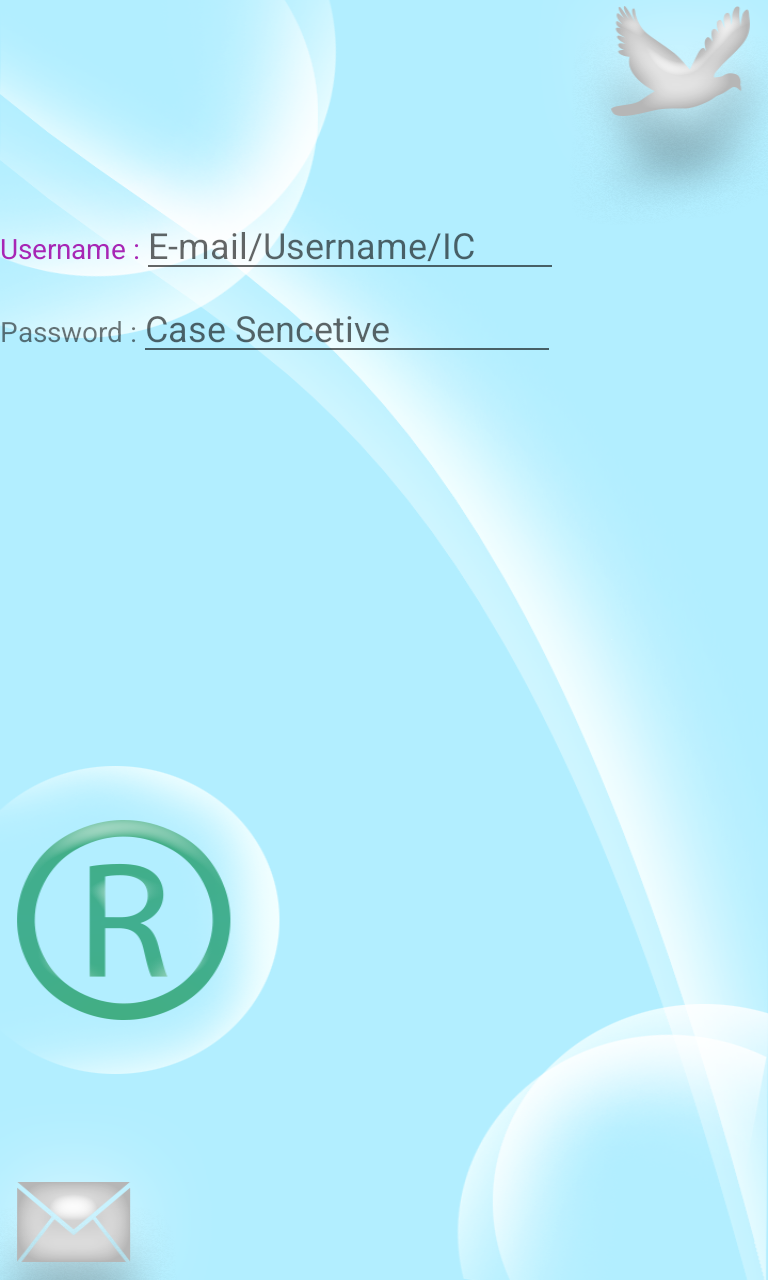
Repository: JodyCoolit/android
Layout: Delivery/res/layout/activity_signup.xml
These files come from the project's save history. The layout is drawn as it stood at one moment and after the next save; the edit follows.
It is drawn on a 768 x 1280 px phone screen (xhdpi) without system bars, with theme AppTheme; the app's code is not run.

Above is the layout before, as saved 2014-08-22 02:00:01.

After the next save:
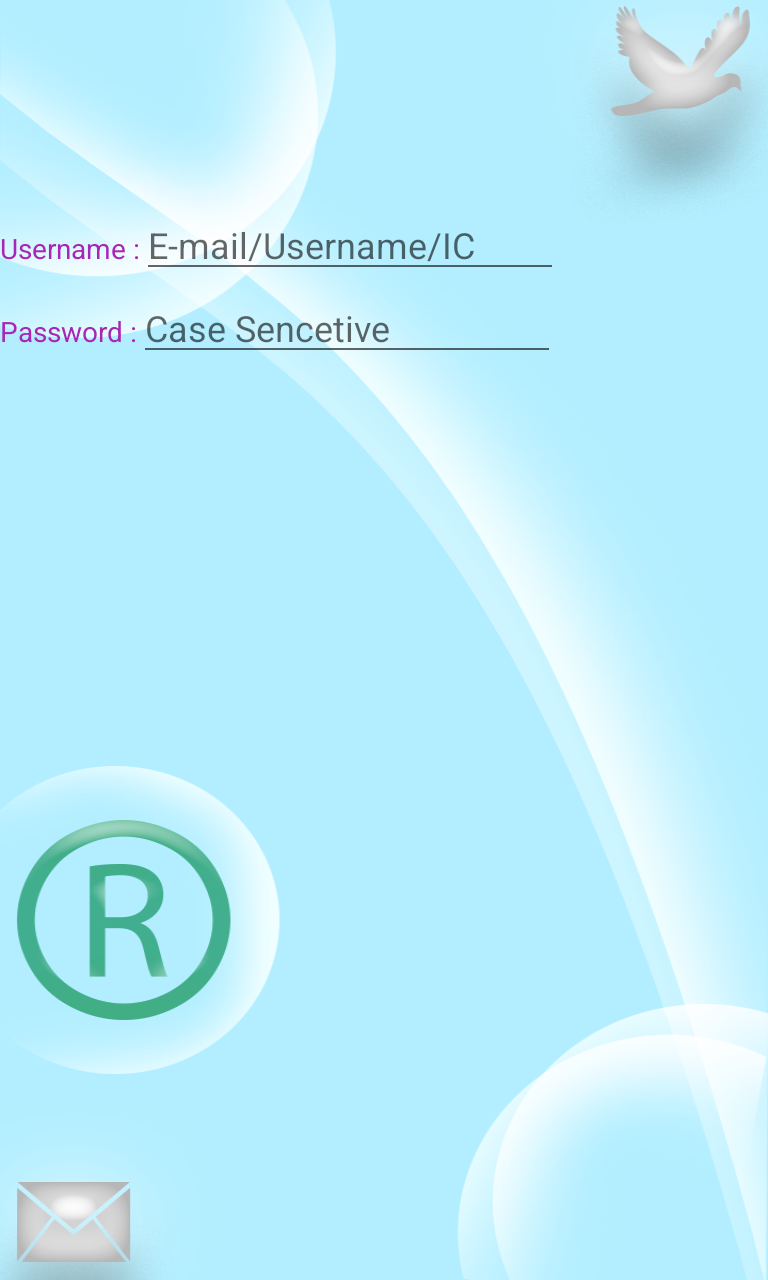
Saved 11 s later.
--- a/Delivery/res/layout/activity_signup.xml
+++ b/Delivery/res/layout/activity_signup.xml
@@ -34,7 +34,8 @@
 		    android:id="@+id/tv_signup_password"
 		    android:layout_width="wrap_content"
 		    android:layout_height="wrap_content"
-		    android:text="@string/tv_signup_password" />
+		    android:text="@string/tv_signup_password"
+		    android:textColor="#A726B5" />
 
 		<EditText
 		    android:id="@+id/et_signup_password"
